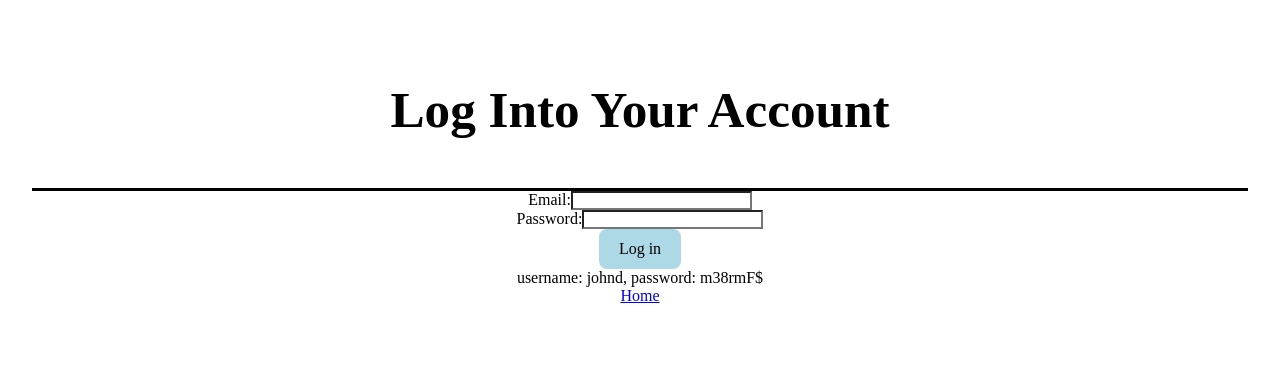
Repository: Andres513/CapStone
Page: /login
The author's editor kept a copy of each file at every save. The page is drawn from the files as they stood at one save, then again after the next save.
The browser window is 1280 px wide. The pictures show the whole page.
The project was rebuilt for these pictures with package versions that can differ from the ones it lists, and the page was loaded fresh each time. Also part of the build but not shown: vite.config.js, src/components/Categories.jsx, src/components/Cart.jsx, src/components/FetchProducts.jsx, src/components/SingleProduct.jsx, src/components/ProductsByCategory.jsx, src/components/LoggedOut.jsx, src/components/Checkout.jsx.

Above is the page before, as saved 2024-04-11 12:43:59.

### index.html
<!doctype html>
<html lang="en">
  <head>
    <meta charset="UTF-8" />
    <link rel="icon" type="image/svg+xml" href="/vite.svg" />
    <meta name="viewport" content="width=device-width, initial-scale=1.0" />
    <title>Fake Store!</title>
  </head>
  <body>
    <div id="root"></div>
    <script type="module" src="/src/main.jsx"></script>
  </body>
</html>

### src/App.jsx
import { useState } from 'react'
import FetchProducts from './components/FetchProducts'
import './App.css'
import { Routes, Route } from 'react-router-dom'
import Login from './components/Login'
import SingleProduct from './components/SingleProduct'
import ProductsByCategories from './components/ProductsByCategory'
import Cart from './components/Cart'
import { CartProvider } from './components/CartContext'
import LogOut from './components/LoggedOut'
import Checkout from './components/Checkout'

function App() {
  const [token, setToken] = useState(null)
  const [products, setProducts] = useState([])
  const [price, setPrice] = useState('')
  const [email, setEmail] = useState('')
  const [password, setPassword] = useState('')
  const [isLoggedIn, setIsLoggedIn] = useState(false)
  const [loggedOut, setLoggedOut] = useState(false)

  const handleSetToken = (newToken) => {
    setToken(newToken)
    setIsLoggedIn(true)
  }
  const handleSetProducts = (newProducts) => {
    setProducts(newProducts)
  }
  const handleSetPrice = (newPrice) => {
    setPrice(newPrice)
  }
  const handleLogout = () => {
    setToken(null)
    setIsLoggedIn(false)
    setLoggedOut(true)
  }
  return (

    <CartProvider isLoggedIn={isLoggedIn}>
      <>
        <Routes>
          <Route path="/login" element={<Login token={token} setToken={handleSetToken} email={email} setEmail={setEmail} password={password} setPassword={setPassword} isLoggedIn={isLoggedIn} setIsLoggedIn={setIsLoggedIn} handleLogout={handleLogout} />} />
          <Route path="/" element={<FetchProducts token={token} setToken={handleSetToken} products={products} setProducts={handleSetProducts} price={price} setPrice={handleSetPrice} isLoggedIn={isLoggedIn} handleLogout={handleLogout} loggedOut={loggedOut} setLoggedOut={setLoggedOut} />} />
          <Route path="/products/:id" element={<SingleProduct token={token} isLoggedIn={isLoggedIn} />} />
          <Route path="/category/:category" element={<ProductsByCategories products={products} setProduct={handleSetProducts} />} />
          <Route path="/cart" element={<Cart isLoggedIn={isLoggedIn} />} />
          <Route path="/logout" element={<LogOut />} />
          <Route path="/checkout" element={<Checkout/>}/>
        </Routes>
      </>
    </CartProvider>
  )
}

export default App

### src/index.css

* {
  margin: 0;
  padding: 0;
  box-sizing: border-box;
}
h1 {
  font-size: 3.2em;
  line-height: 1.1;
  padding-top: 50px;
  padding-bottom: 50px;
  border-bottom: 3px solid black;
}
input {
  background-color: white;
}
img {
  width: 70%;
  height: 70%;
}
.single-product > img {
  height: 60%;
  width: 60%;
  padding-top: 50px;
  padding-bottom: 50px;
}
.items-container {
  display: grid;
  grid-template-columns: repeat(auto-fill, minmax(330px, 1fr));
  grid-gap: 75px;
  padding-top: 50px;
}
.item {
  background-color: aliceblue;
  box-shadow: 5px 5px lightblue;
  transition: all .2s ease-in-out;
}
.item:hover {
  transform: scale(1.1);
}
.category-buttons {
  padding-bottom: 50px;
}
.category-container {
  display: grid;
  grid-template-columns: repeat(auto-fill, minmax(330px, 1fr));
  grid-gap: 100px;
  padding-top: 50px;

}
.category-item {
  transition: all .2s ease-in-out;
  background-color: aliceblue;
  box-shadow: 5px 5px lightblue;
}
.category-item:hover {
  transform: scale(1.1);
}
button {
  border-radius: 8px;
  border: 1px solid transparent;
  padding: 0.6em 1.2em;
  margin-top: 0px;
  font-size: 1em;
  font-weight: 500;
  font-family: inherit;
  background-color: lightblue;
  cursor: pointer;
  transition: border-color 0.25s;
  transition: all .2s ease-in-out;
}
button:hover {
  transform: scale(1.1);
}
.navbar {
  float: right
}

### src/components/Login.jsx
import { useState, useEffect, useRef } from "react"
import { Link } from "react-router-dom"

export default function Login({ token, setToken, setIsLoggedIn, isLoggedIn }) {


    const [username, setUsername] = useState('')
    const [password, setPassword] = useState('')
    const [error, setError] = useState(null)
    const [successMessage, setSuccessMessage] = useState('')
    const usernameInputRef = useRef(null);
    const passwordInputRef = useRef(null);

    async function loginUser(event) {
        event.preventDefault()
        try {
            const response = await fetch('https://fakestoreapi.com/auth/login', {
                method: 'POST',
                headers: {
                    'Content-Type': 'application/json',
                },
                body: JSON.stringify({
                    username: username,
                    password: password
                })
            })
            const result = await response.json()

            console.log(result)
            setToken(result.token)
            setSuccessMessage('You are now logged in!')
            setUsername("");
            setPassword("");
            usernameInputRef.current.value = "";
            passwordInputRef.current.value = "";

        } catch (error) {
            setError("Must log in with valid username and password!")
        }
    }
    const handleLogout = () => {
        setToken(null)
        setIsLoggedIn(false)
    }

    console.log(isLoggedIn)
    return (
        <>
            {isLoggedIn ? (
                <>
                    <h1>{successMessage}</h1>
                    <button onClick={() => handleLogout()}>Log Out</button><br />
                </>
            ) : (
                <form className="login" onSubmit={loginUser}>
                    <h1>Log Into Your Account</h1>
                    <div className="login-entry">
                    <label>Email:
                        <input type="username" value={username} onChange={(e) => setUsername(e.target.value)} required ref={usernameInputRef} />
                    </label><br />
                    <label>Password:
                        <input type="password" value={password} onChange={(e) => setPassword(e.target.value)} required ref={passwordInputRef} />
                    </label><br />
                    </div>
                    <button>Log in</button><br />
                    <p>username: johnd, password: m38rmF$</p>
                    {error && <h2>{error}</h2>}
                </form>
            )}
            <Link to="/" token={token}>Home</Link>
        </>
    )
}

### src/components/CartContext.jsx


import { createContext, useContext, useState, useEffect } from "react";

const CartContext = createContext()

export const useCart = () => useContext(CartContext)

export const CartProvider = ({ children }) => {
    const [cart, setCart] = useState(() => {
        const storedCart = localStorage.getItem('cart');
        return storedCart ? JSON.parse(storedCart) : [];
    });

    useEffect(() => {
        localStorage.setItem('cart', JSON.stringify(cart));
    }, [cart]);

    return (
        <CartContext.Provider value={{ cart, setCart }}>
            {children}
        </CartContext.Provider>
    )
}

Loaded but not shown: src/main.jsx (common file); src/App.css (common file)

After the next save:
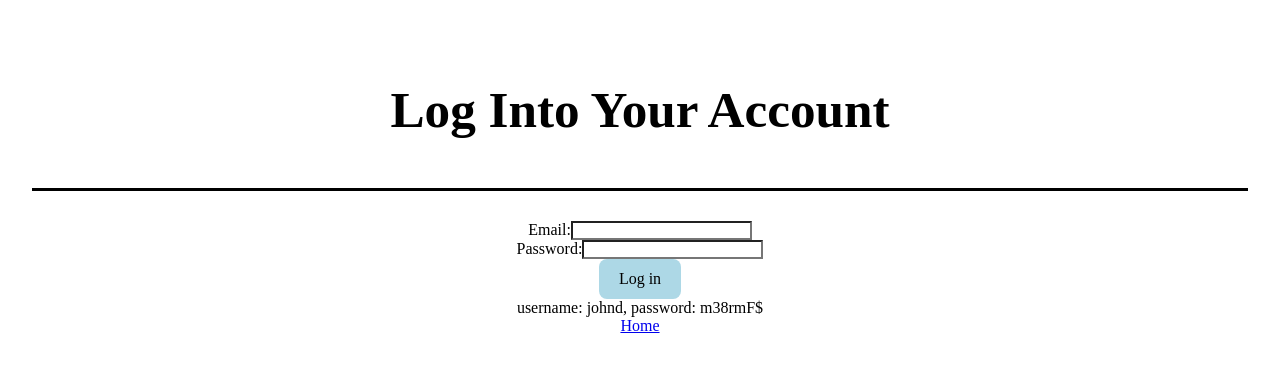
Saved 19 s later.
--- a/src/index.css
+++ b/src/index.css
@@ -75,3 +75,6 @@ button:hover {
 .navbar {
   float: right
 }
+.login-entry{
+  margin-top: 30px;
+}
